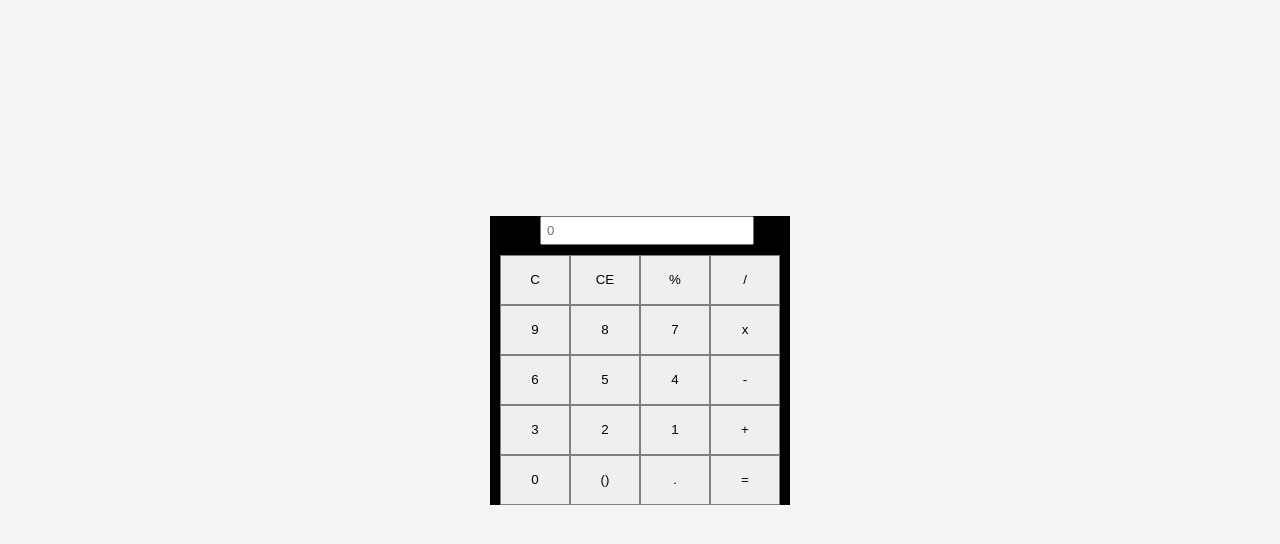
Repository: latenightsnacc/React-Projects
Page: / (app in calculator/)
The author's editor kept a copy of each file at every save. The page is drawn from the files as they stood at one save, then again after the next save.
The browser window is 1280 px wide. The pictures show the whole page.
The project was rebuilt for these pictures with package versions that can differ from the ones it lists, and the page was loaded fresh each time.

Above is the page before, as saved 2020-07-01 13:59:04.

### calculator/src/App.js
import React from 'react';
import '../src/Styles/App.scss';
import Calculator from '../src/Components/Calculator/Calculator';

function App() {
  return (
    <div className="App">
      <Calculator />
    </div>
  );
}

export default App;

### calculator/src/Styles/App.scss
.App {
    display: flex;
    flex-direction: column;
    height: 100vh;
    width: 100%;
    align-items: center;
    justify-content: center;
    background-color: whitesmoke;
}

### calculator/src/Components/Calculator/Calculator.js
import React from 'react';
import '../../Styles/Calculator.scss';
import Buttons from '../Buttons/Buttons';
import Input from '../Input/Input';

class Calculator extends React.Component {
    render() {
        return(
            <>
                <div className="Calculator">
                    <Input />
                    <Buttons />
                </div>
            </>
        )
    }
}

export default Calculator;

### calculator/src/Styles/Calculator.scss
.Calculator {
    display: flex;
    flex-direction: column;
    align-items: center;
    justify-content: center;
    background-color: black;
    width: 300px;
}

### calculator/src/Components/Buttons/Buttons.js
import React from 'react';
import '../../Styles/Buttons.scss';

class Buttons extends React.Component {
    render() {
        return (
            <>
                <div className="Buttons">
                    <button className="button">C</button>
                    <button className="button">CE</button>
                    <button className="button">%</button>
                    <button className="button">/</button>

                    <br/>

                    <button className="button">9</button>
                    <button className="button">8</button>
                    <button className="button">7</button>
                    <button className="button">x</button>

                    <br />

                    <button className="button">6</button>
                    <button className="button">5</button>
                    <button className="button">4</button>
                    <button className="button">-</button>

                    <br />

                    <button className="button">3</button>
                    <button className="button">2</button>
                    <button className="button">1</button>
                    <button className="button">+</button>

                    <br />

                    <button className="button">0</button>
                    <button className="button">()</button>
                    <button className="button">.</button>
                    <button className="button">=</button>

                </div>
            </>
        )
    }
}

export default Buttons;

### calculator/src/Components/Input/Input.js
import React from 'react';
import '../../Styles/Input.scss';

class Input extends React.Component {
    render() {
        return (
            <>
                <div className="Input">
                    <input placeholder="0" />
                </div>
            </>
        )
    }
}

export default Input;

### calculator/src/Styles/Buttons.scss
.Buttons {
    margin: 0 auto;
    .button {
        padding: 10px;
        width: 70px;
        height: 50px;
        color: black;
        border: 1px solid grey;
    }
}

### calculator/src/Styles/Input.scss
.Input {
    width: 200px;
    input {
        width: 100%;
        margin-bottom: 10px;
        padding: 5px;


        &:focus {
            outline-color: whitesmoke;
        }
    }
}

Loaded but not shown: calculator/public/index.html (common file); calculator/src/index.js (common file); calculator/src/index.css (common file); calculator/src/serviceWorker.js (common file)

After the next save:
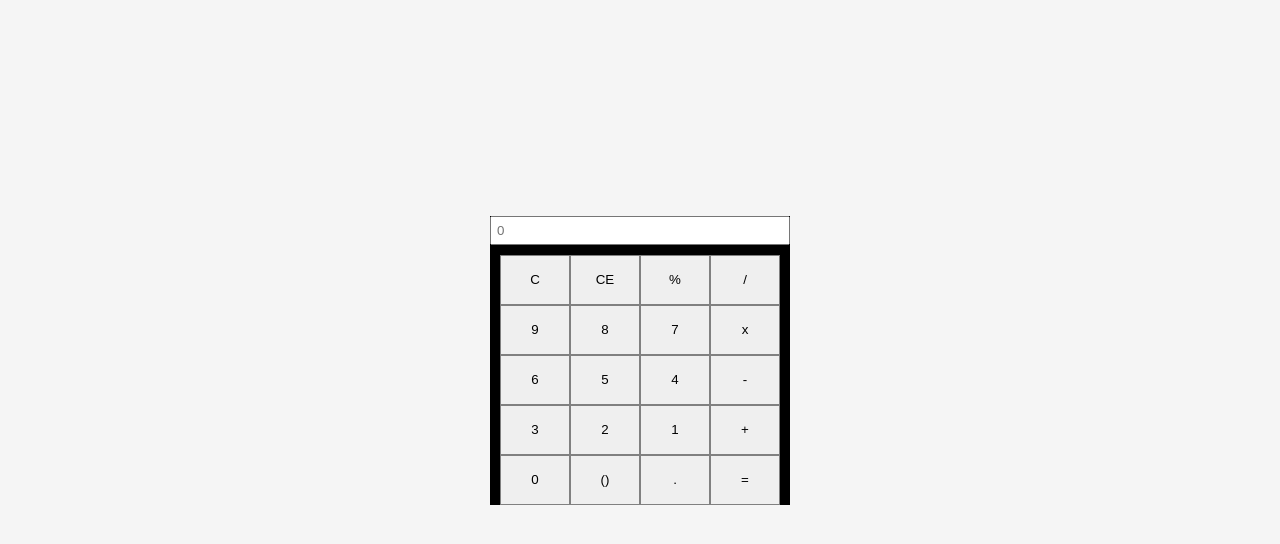
Saved 36 s later.
--- a/calculator/src/Styles/Input.scss
+++ b/calculator/src/Styles/Input.scss
@@ -1,5 +1,7 @@
 .Input {
-    width: 200px;
+   display: flex;
+   justify-content: center;
+   width: 300px;
     input {
         width: 100%;
         margin-bottom: 10px;
